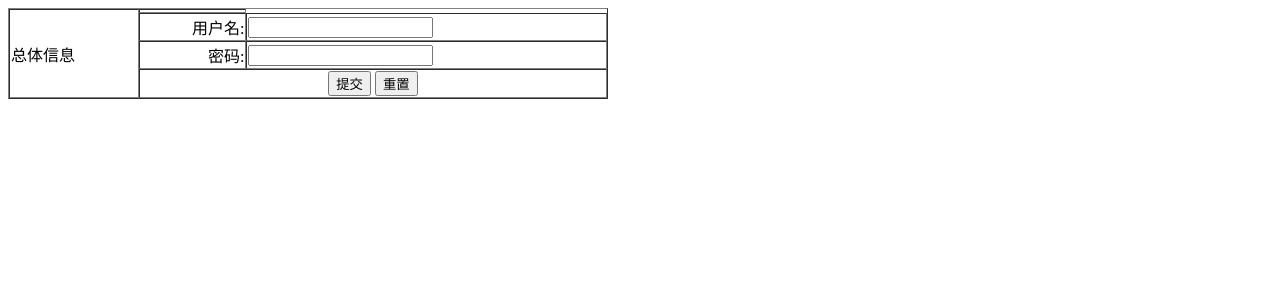
Repository: fixbb/workspace
Page: 008表单/index.html
The author's editor kept a copy of each file at every save. The page is drawn from the files as they stood at one save, then again after the next save.
The browser window is 1280 px wide. The pictures show the whole page.

Above is the page before, as saved 2021-08-24 10:37:43.

### 008表单/index.html
<!DOCTYPE html>
<html lang="en">

<head>
    <meta charset="UTF-8">
    <meta http-equiv="X-UA-Compatible" content="IE=edge">
    <meta name="viewport" content="width=device-width, initial-scale=1.0">
    <title>表单</title>
</head>

<body>
    <table width="600px" border="1" cellspacing="0">
        <tbody>
            <colgroup height="60px">

            <tr>
                <td rowspan="4">总体信息</td>
                <td> </td>
            </tr>
            <tr>
                <td align="right">用户名:</td>
                <td>
                    <input type="text">
                </td>
            </tr>
            <tr>
                <td align="right">密码:</td>
                <td>
                    <input type="password">
                </td>
            </tr>
            <tr>
                <th colspan="2">
                    <button>提交</button>
                    <button>重置</button>
                </th>

            </tr>
        </colgroup>
        </tbody>
    </table>
</body>

</html>

After the next save:
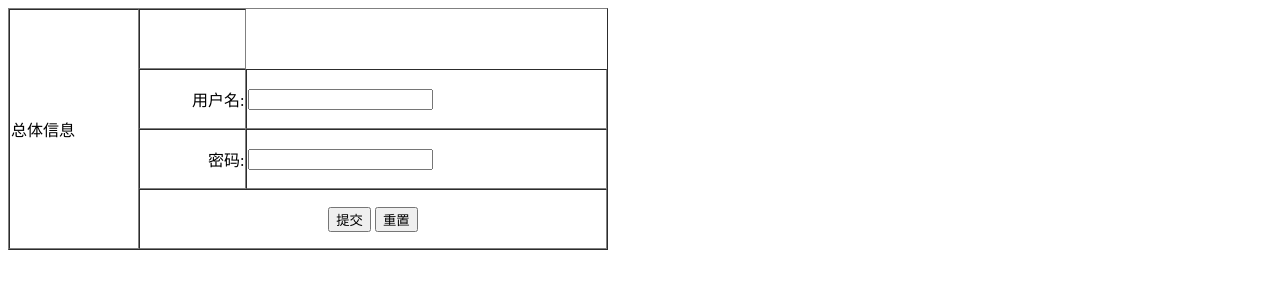
Saved 96 s later.
--- a/008表单/index.html
+++ b/008表单/index.html
@@ -11,32 +11,29 @@
 <body>
     <table width="600px" border="1" cellspacing="0">
         <tbody>
-            <colgroup height="60px">
-
-            <tr>
+            <tr height="60px">
                 <td rowspan="4">总体信息</td>
                 <td> </td>
             </tr>
-            <tr>
+            <tr height="60px">
                 <td align="right">用户名:</td>
                 <td>
                     <input type="text">
                 </td>
             </tr>
-            <tr>
+            <tr height="60px">
                 <td align="right">密码:</td>
                 <td>
                     <input type="password">
                 </td>
             </tr>
-            <tr>
+            <tr height="60px">
                 <th colspan="2">
                     <button>提交</button>
                     <button>重置</button>
                 </th>
 
             </tr>
-        </colgroup>
         </tbody>
     </table>
 </body>
